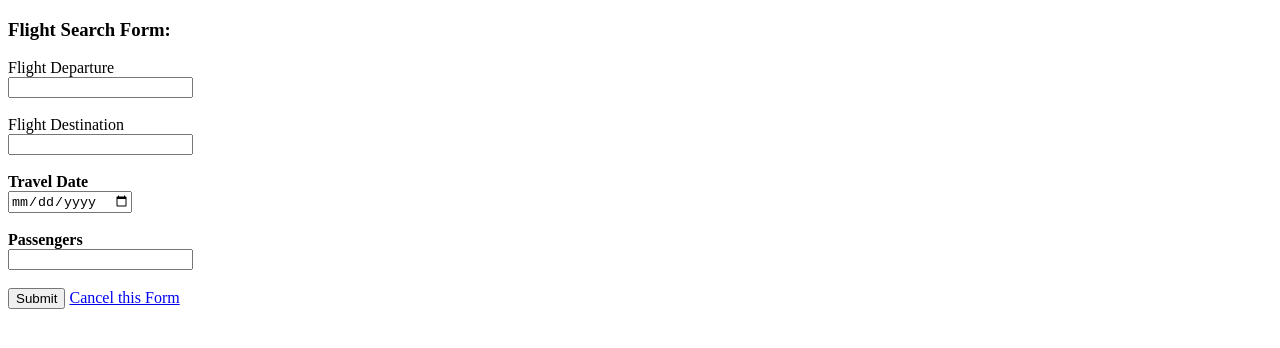
Repository: rkelly7391/SNHU_IT-634-X3894_18TW3
Page: http://localhost/RyanAirlineProject/FlightSearch
These files come from the project's save history. The page is drawn as it stood at one moment and after the next save; the edit follows.
The browser window is 1280 px wide. The pictures show the whole page.
The page is served by Tomcat 9. Other server files are loaded and not shown.

Above is the page before, as saved 2018-03-04 23:12:16.

### RyanAirlineProject/source/production/java/RyanFlightSearchServlet.java
import java.io.ByteArrayOutputStream;
import java.io.IOException;
import java.io.InputStream;
import java.io.PrintWriter;
import java.util.LinkedHashMap;
import java.util.Map;

import javax.servlet.ServletException;
import javax.servlet.ServletOutputStream;
import javax.servlet.annotation.WebServlet;
import javax.servlet.http.HttpServlet;
import javax.servlet.http.HttpServletRequest;
import javax.servlet.http.HttpServletResponse;
import javax.servlet.http.Part;

/**
 * Servlet implementation class RyanFlight Will allow the user to search for a
 * flight
 *
 * @author ryan.kelly5
 */
@WebServlet(description = "RyanFlightSearches", urlPatterns = { "/FlightSearch" })
public class RyanFlightSearchServlet extends HttpServlet {
	private static final long serialVersionUID = 1L;

	// create a map to the flight search
	private Map<Integer, RyanFlightSearch> flightSearchDatabase = new LinkedHashMap<>();

	/**
	 * @see HttpServlet#doGet(HttpServletRequest request, HttpServletResponse
	 *      response)
	 */
	protected void doGet(HttpServletRequest request, HttpServletResponse response)
			throws ServletException, IOException {

		String action = request.getParameter("action");
		if (action == null)
			action = "list";
		switch (action) {
		case "create":
			this.showFlightSearch(response);
			break;

		default:
			this.showFlightSearch(response);
			break;
		}
	}

	protected void doPost(HttpServletRequest request, HttpServletResponse response)
			throws ServletException, IOException {

		String action = request.getParameter("action");
		if (action == null)
			action = "list";
		switch (action) {
		case "create":
//			this.createTicket(request, response);
			break;
		case "list":
		default:
			response.sendRedirect("tickets");
			break;
		}
	}

	private void showFlightSearch(HttpServletResponse response) throws ServletException, IOException {
		PrintWriter writer = this.writeHeader(response);

		writer.append("<h3>Flight Search Form:</h3>\r\n");
        writer.append("<form method=\"POST\" action=\"search\" ")
              .append("enctype=\"multipart/form-data\">\r\n");
        writer.append("<input type=\"hidden\" name=\"action\" ")
              .append("value=\"create\"/>\r\n");
        writer.append("Flight Departure<br/>\r\n");
        writer.append("<input type=\"text\" name=\"customerName\"/><br/><br/>\r\n");
        writer.append("Flight Destination<br/>\r\n");
        writer.append("<input type=\"text\" name=\"subject\"/><br/><br/>\r\n");
        writer.append("<b>Travel Date</b><br/>\r\n");
        writer.append("<input type=\"date\" name=\"travel\"/><br/><br/>\r\n");
        writer.append("<b>Passengers</b><br/>\r\n");
        writer.append("<input type=\"number\" name=\"pass\" min=\"1\"/><br/><br/>\r\n");
        writer.append("<input type=\"submit\" value=\"Submit\"/>\r\n");
        writer.append("<a href=\"search\">Cancel this Form</a>\r\n");
        writer.append("</form>\r\n");

//		writer.append("<h2>Search for a Flight</h2>\r\n");
//        writer.append("<form method=\"POST\" action=\"search\" ")
//              .append(">\r\n");
//        writer.append("<input type=\"hidden\" name=\"action\" ")
//              .append("value=\"list\"/>\r\n");
//        writer.append("Departing from:<br/>\r\n");
//        writer.append("<input type=\"text\" list=\"flightSource\" name=\"departLocationName\"/><br/><br/>\r\n"); //list=\"flightSource\"
//        writer.append("Arriving in:<br/>\r\n");
//        writer.append("<input type=\"text\" list=\"flightDest\" name=\"arrivalLocationName\"/><br/><br/>\r\n"); // list=\"flightDest\"
//        writer.append("Departure Date:<br/>\r\n");
//        writer.append("<input type=\"date\" name=\"departureDate\"/><br/><br/>\r\n");
//        writer.append("Number of Tickets<br/>\r\n");
//        writer.append("<select name=\"numberOfTickets\">");
//        	writer.append("<option value=\"1\">1</option>");
//        	writer.append("<option value=\"2\">2</option>");
//        	writer.append("<option value=\"3\">3</option>");
//        	writer.append("<option value=\"4\">4</option>");
//        	writer.append("<option value=\"5\">5</option>");
//        	writer.append("<option value=\"6\">6</option>");
//        	writer.append("<option value=\"7\">7</option>");
//        	writer.append("<option value=\"8\">8</option>");
//        	writer.append("<option value=\"9\">9</option>");
//        	writer.append("<option value=\"10\">10</option>");
//        writer.append("</select>");
//        writer.append("<br/><br/>\r\n");
//        writer.append("<input type=\"submit\" value=\"Submit\"/>\r\n");
//
//        //Build these out of the database later
//        writer.append("<datalist id=\"flightSource\">");
//        	writer.append("<option value=\"New York\">");
//        writer.append("</datalist>");
//
//        writer.append("<datalist id=\"flightDest\">");
//        	writer.append("<option value=\"Paris\">");
//        writer.append("</datalist>");
//        writer.append("</form>\r\n");
        this.writeFooter(writer);

		this.writeFooter(writer);
	}







	private PrintWriter writeHeader(HttpServletResponse response) throws ServletException, IOException {
		response.setContentType("text/html");
		response.setCharacterEncoding("UTF-8");

		PrintWriter writer = response.getWriter();
		writer.append("<!DOCTYPE html>\r\n").append("<html>\r\n").append("    <head>\r\n")
				.append("        <title>Customer Support</title>\r\n").append("    </head>\r\n")
				.append("    <body>\r\n");

		return writer;
	}

	private void writeFooter(PrintWriter writer) {
		writer.append("    </body>\r\n").append("</html>\r\n");
	}

}

After the next save:
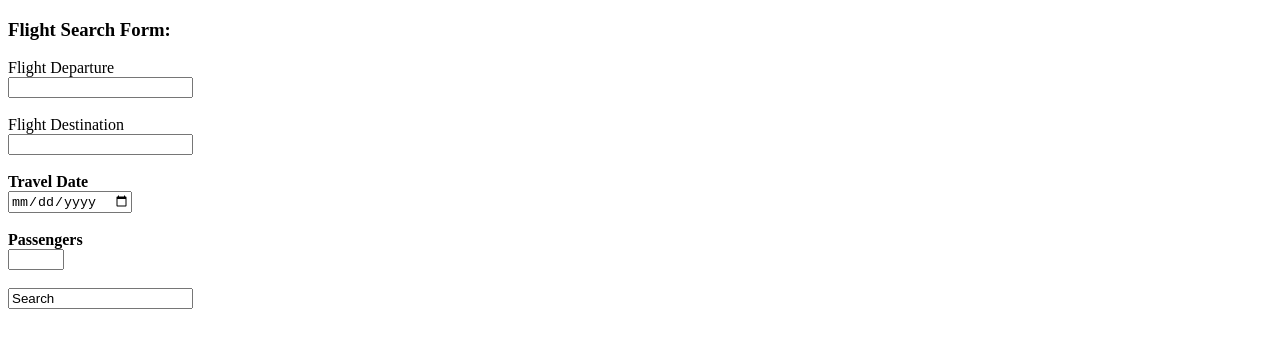
Saved 2 min 17 s later.
--- a/RyanAirlineProject/source/production/java/RyanFlightSearchServlet.java
+++ b/RyanAirlineProject/source/production/java/RyanFlightSearchServlet.java
@@ -79,9 +79,8 @@ public class RyanFlightSearchServlet extends HttpServlet {
         writer.append("<b>Travel Date</b><br/>\r\n");
         writer.append("<input type=\"date\" name=\"travel\"/><br/><br/>\r\n");
         writer.append("<b>Passengers</b><br/>\r\n");
-        writer.append("<input type=\"number\" name=\"pass\" min=\"1\"/><br/><br/>\r\n");
-        writer.append("<input type=\"submit\" value=\"Submit\"/>\r\n");
-        writer.append("<a href=\"search\">Cancel this Form</a>\r\n");
+        writer.append("<input type=\"number\" name=\"pass\" min=\"1\" max=\"25\"/><br/><br/>\r\n");
+        writer.append("<input type=\"search\" value=\"Search\"/>\r\n");
         writer.append("</form>\r\n");
 
 //		writer.append("<h2>Search for a Flight</h2>\r\n");
